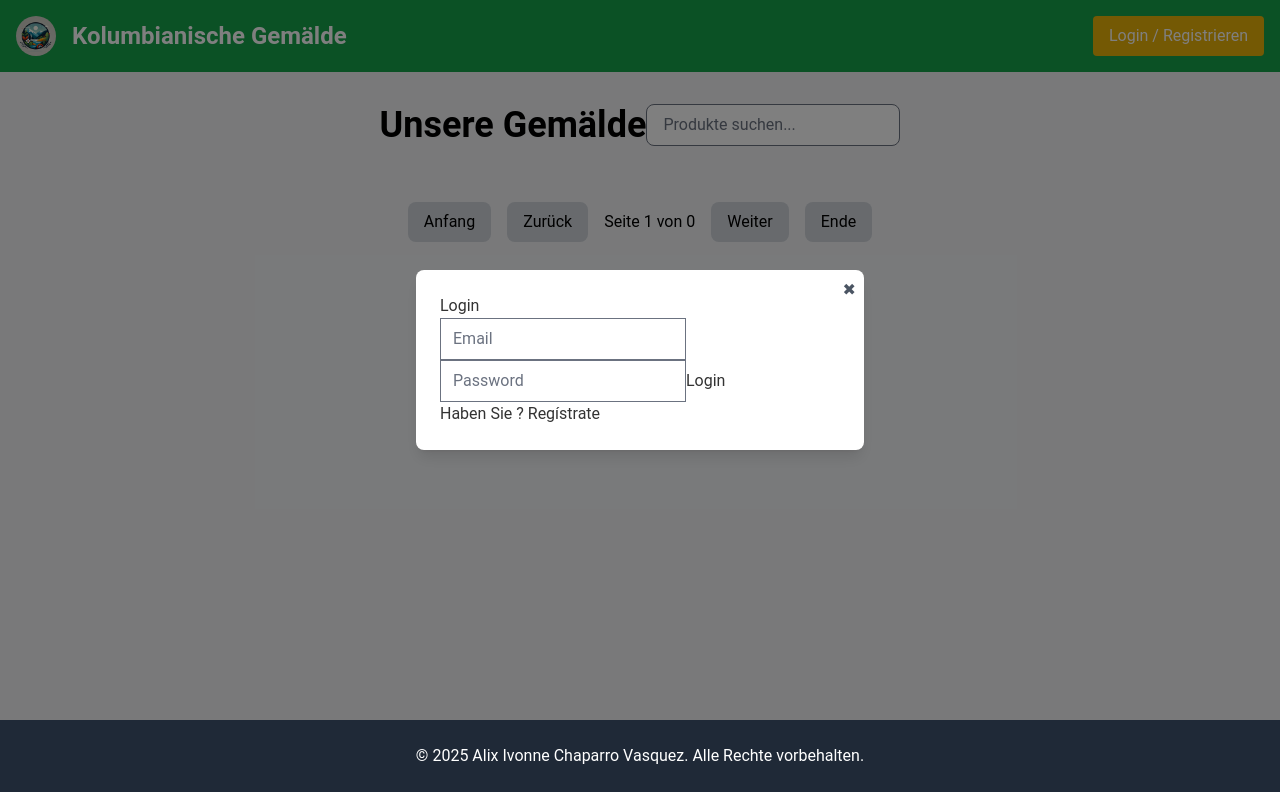
Repository: alixchaparrov/bilder-shop
Page: /, after clicking the first element matching `button.bg-yellow-500`
These files come from the project's save history. The page is drawn as it stood at one moment and after a run of saves; the edit follows.
The browser window is 1280 px wide. The pictures show the whole page.
The page's requests for data from a server got no answer. The project was rebuilt for these pictures with package versions that can differ from the ones it lists, and the page was loaded fresh each time. The framework's server and built-in components were replaced by stand-ins that run in the browser. No one was signed in, and anything a server would have sent is missing. Also part of the build but not shown: next.config.ts, src/store/cartStore.ts, src/app/components/ProductCard.tsx.

Above is the page before, as saved 2025-01-04 12:48:25.

After the next 3 saves:
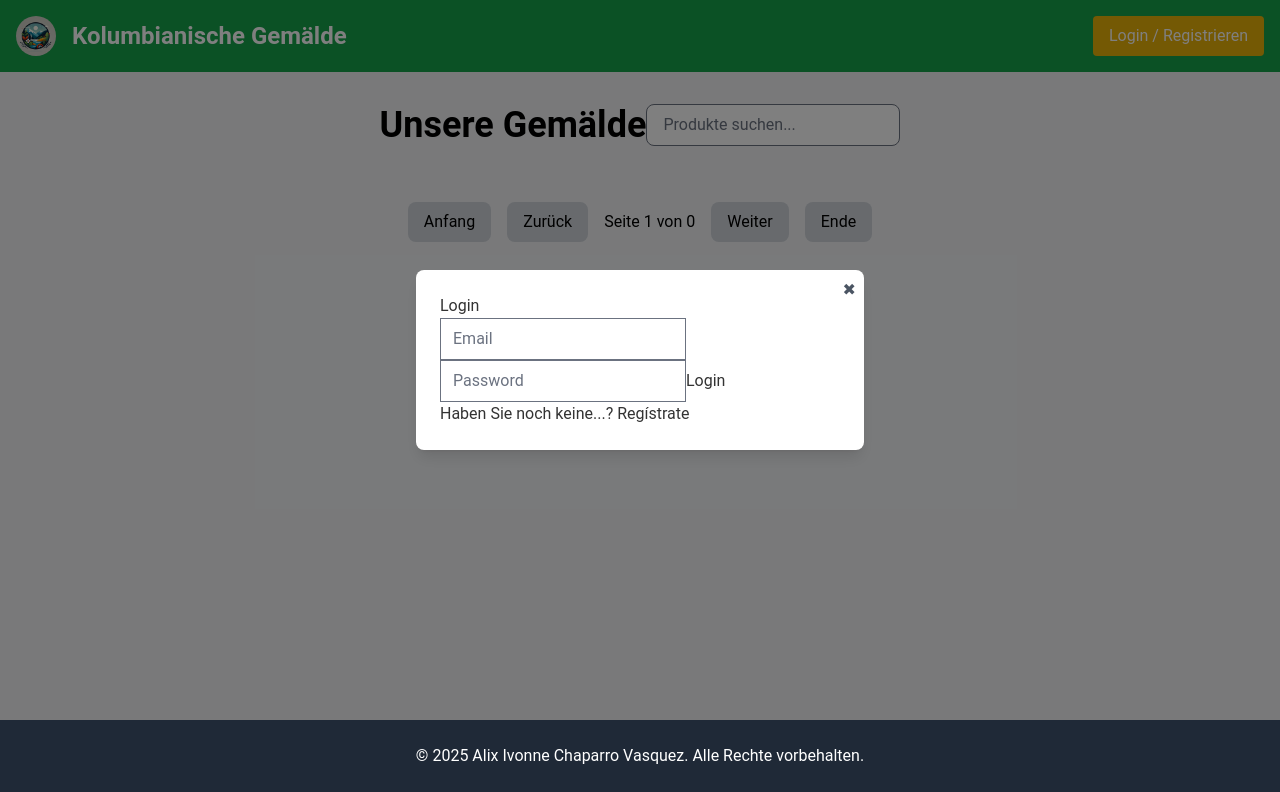
The 3 saves are shown as one change because they came seconds apart.
The last was saved 10 s later.
--- a/src/app/components/AuthModalContent.tsx
+++ b/src/app/components/AuthModalContent.tsx
@@ -51,7 +51,7 @@ const AuthModalContent = ({ onClose }: { onClose: () => void }) => {
         <button type="submit">{isRegistering ? "Registrieren" : "Login"}</button>
       </form>
       <button onClick={() => setIsRegistering(!isRegistering)}>
-        {isRegistering ? "Haben Sie schon eine Account?" : "Haben Sie ? Regístrate"}
+        {isRegistering ? "Haben Sie schon eine Account?" : "Haben Sie noch keine...? Regístrate"}
       </button>
     </div>
   );
